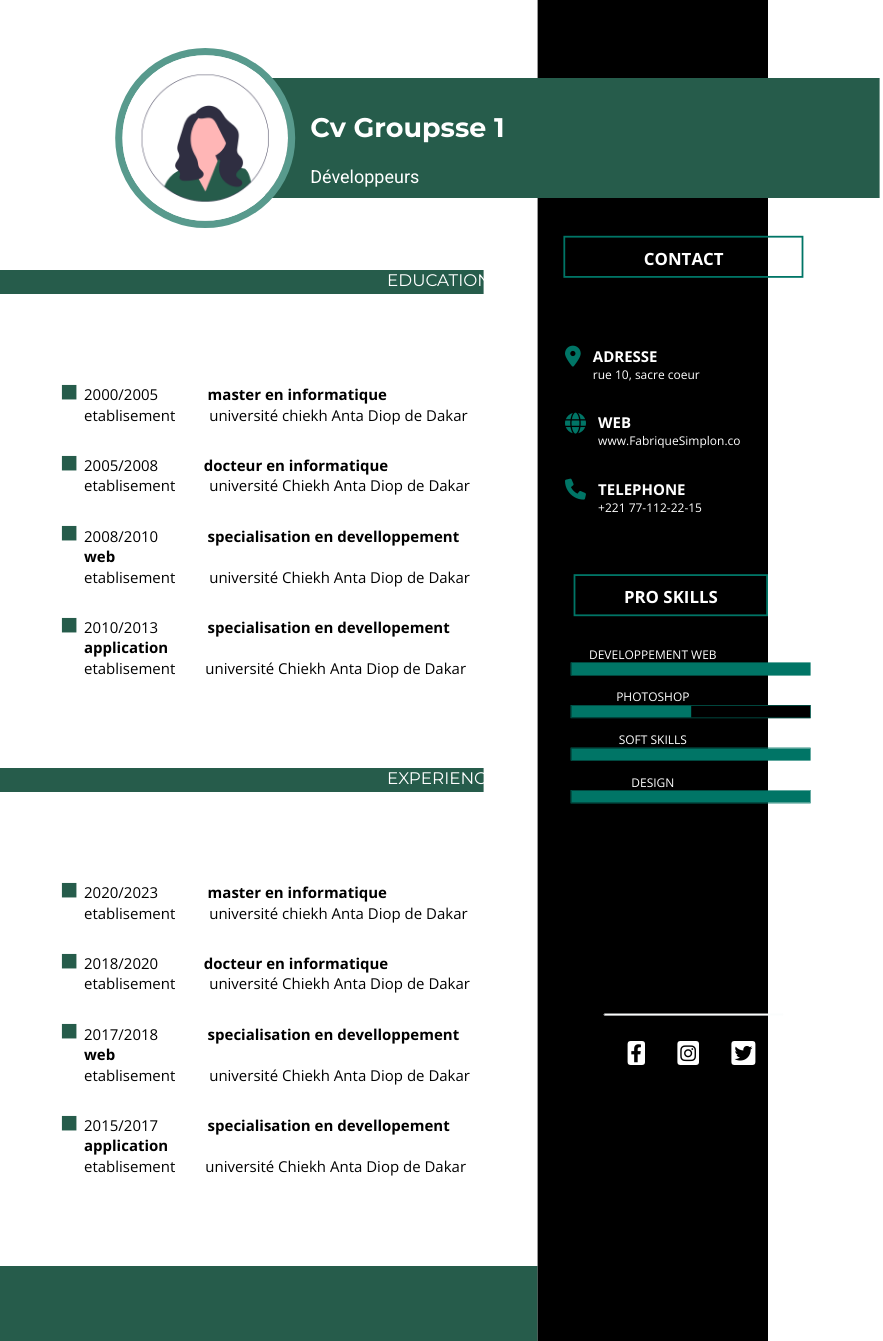
Repository: NdiongueFH/Mon_CV
Page: CV_Groupe1.html
An editor plug-in stored every save of this project. The page is shown before and after the next save, followed by the edit.
The browser window is 1280 px wide. The page is 1472 px wide, so the pictures cover 1472 px, including what lies to the right of the window. The pictures show the whole page, at 60% of full size.

Above is the page before, as saved 2024-08-05 16:28:31.

### CV_Groupe1.html
<!DOCTYPE html>
<html lang="fr">
<head>
    <meta charset="UTF-8">
    <meta name="viewport" content="width=device-width, initial-scale=1.0">
    <!--Intégration de police d'écriture via un lien web-->
    <link href="https://fonts.googleapis.com/css2?family=Montserrat:wght@400;700&family=Open+Sans:wght@400;700&family=Roboto:wght@400;500&display=swap" rel="stylesheet">
    <!--Intégration de notre lien CSS-->
    <!--Intégration de police d'écriture via un lien web-->
    <link href="https://fonts.googleapis.com/css2?family=Montserrat:wght@400;700&family=Open+Sans:wght@400;700&family=Roboto:wght@400;500&display=swap" rel="stylesheet">
    <link rel="stylesheet" href="https://cdnjs.cloudflare.com/ajax/libs/font-awesome/6.0.0-beta3/css/all.min.css">
    <!--Intégration de notre lien CSS-->
    <link rel="stylesheet" href="CV_Groupe1.css">
    <title>MON CV</title>

</head>
<body>
    <!--section principale-->
    <section id="principal">

        <!--Début Partie Ndiawar-->

        <!--la partie profile de notre cv-->
        <section id="profile">
            <!--identité-->
            <div id="identite">
                <!--image-->
                <div class="image">

                    <img id="image_profil" src="./image/profil.png" alt="" sizes="30" srcset="">
                </div>
                <!--fin image-->
                <!--debut nom-->
                <div class="nom">
                    <h2 id="name_cv">Cv Groupsse 1</h2>
                    <span id="function">Développeurs</span>
                </div>
                <!--fin nom-->
            </div>
            <!--fin identité-->
        </section>
        <!--fin de la partie profile-->

        <!--Fin Partie Ndiawar Diop-->


        <!--le debut du corp de notre cv-->
        <section  id="renseignement">
            <!--corp -->
            <div id="corps">
                <!--debut blanc-->
                <div class="blanc">
                    <!--Début Partie Anta Maguette Faye-->
                    <!--education-->
                    <div class="edu_exp">
                        <!--titre education-->
                        <div class="titre_edu_exp">
                            EDUCATION
                        </div>
                        <!--fin titre education-->
                        <!--parti education-->
                        <div class="info_edu">
                            <ul id="carre">
                                <li>
                                    <p>
                                        2000/2005 &nbsp;&nbsp;&nbsp;<span class="espace"> <strong>master en informatique</strong> </span><br>
                                        etablisement <span class="espace"> université chiekh Anta Diop de Dakar  </span><br>
                                    </p>
                                </li>
                                <li>
                                    <p>
                                        2005/2008  &nbsp;&nbsp;&nbsp;<span class="espace"><strong>docteur en informatique </strong> </span><br>
                                        etablisement <span class="espace"> université Chiekh Anta Diop de Dakar</span>
                                    </p>
                                </li>
                                <li>
                                    <p>
                                        2008/2010 &nbsp;&nbsp;&nbsp;<span class="espace"> <strong>specialisation en develloppement web </strong>  </span><br>
                                        etablisement <span class="espace">université Chiekh Anta Diop de Dakar</span>
                                    </p>
                                </li>
                                <li>
                                    <p>
                                        2010/2013 &nbsp;&nbsp;&nbsp;<span class="espace"> <strong>specialisation en devellopement application</strong></span>  <br>
                                        etablisement<span class="espace">université Chiekh Anta Diop de Dakar</span>
                                    </p>

                                </li>
                            </ul>
                        </div>
                        <!--fin parti education-->
                    </div>
                    <!--fin education-->


                    <!--Fin Partie Anta Maguette Faye-->

                    <!--Début Partie Fatoumata Hawa Ndiongue-->

                    <!--experience-->
                    <div class="edu_exp" >
                        <!--titre experience-->
                        <div class="titre_edu_exp">
                            EXPERIENCE
                        </div>
                        <!--fin titre experience-->
                        <!--parti experience-->
                            <div class="info_edu">
                                <ul id="carre">
                                    <li>
                                        <p>
                                            2020/2023 &nbsp;&nbsp;&nbsp;<span class="espace"> <strong>master en informatique</strong> </span><br>
                                            etablisement <span class="espace"> université chiekh Anta Diop de Dakar  </span><br>
                                        </p>
                                    </li>
                                    <li>
                                        <p>
                                            2018/2020  &nbsp;&nbsp;&nbsp;<span class="espace"><strong>docteur en informatique </strong> </span><br>
                                            etablisement <span class="espace"> université Chiekh Anta Diop de Dakar</span>
                                        </p>
                                    </li>
                                    <li>
                                        <p>
                                            2017/2018 &nbsp;&nbsp;&nbsp;<span class="espace"> <strong>specialisation en develloppement web </strong>  </span><br>
                                            etablisement <span class="espace">université Chiekh Anta Diop de Dakar</span>
                                        </p>
                                    </li>
                                    <li>
                                        <p>
                                            2015/2017 &nbsp;&nbsp;&nbsp;<span class="espace"> <strong>specialisation en devellopement application</strong></span>  <br>
                                            etablisement<span class="espace">université Chiekh Anta Diop de Dakar</span>
                                        </p>

                                    </li>
                                </ul>
                            </div>
                        <!--fin parti experience-->
                    </div>
                    <!--fin experience-->

                    <!--Début Footer-->
                    <div id="footer">

                    </div>
                    <!--Fin Footer-->

                    <!--Fin Partie Fatoumata Hawa Ndiongue-->

                </div>
                <!--fin blanc-->

                <!--Début Moustapha Dieng-->


                <!--debut noir-->
                <div class="noir">
                    <!--contact-->
                    <div class="contact">
                        <!--titre contact-->
                        <div class="titre_contact_skill">
                            <h1>CONTACT</h1>
                        </div>
                        <!--fin titre contact-->
                        <!-- donnee contact-->
                        <div class="donnees_contact">
                            <div class="info_contact">
                                <i class="fas fa-map-marker-alt"></i>
                                <div>
                                    <strong>ADRESSE</strong><br>
                                    rue 10, sacre coeur
                                </div>
                            </div>
                            <div class="info_contact">
                                <i class="fas fa-globe"></i>
                                <div>
                                    <strong>WEB</strong><br>
                                    www.FabriqueSimplon.co
                                </div>
                            </div>
                            <div class="info_contact">
                                <i class="fas fa-phone"></i>
                                <div>
                                    <strong>TELEPHONE</strong><br>
                                    +221 77-112-22-15

                                </div>
                            </div>

                        </div>
                        <!--fin donnee contact-->
                    </div>
                    <!--fin contact-->
                    <!--skill-->
                    <div class="skill">
                        <!--titre skill-->
                        <div class="titre_contact_skill2">
                            <h1> PRO SKILLS</h1>
                        </div>
                        <!--fin titre skill-->
                        <!--donné skill-->
                        <div class="donnees_skill">DEVELOPPEMENT WEB</div>
                            <div class="bar-container">
                                <div class="bar"></div>
                            </div>
                        <div class="donnees_skill">PHOTOSHOP</div>
                            <div class="bar-container">
                                <div class="bar1"></div>
                            </div>
                        <div class="donnees_skill">SOFT SKILLS</div>
                            <div class="bar-container">
                                <div class="bar2"></div>
                            </div>
                        <div class="donnees_skill">DESIGN</div>
                            <div class="bar-container">
                                <div class="bar3"></div>
                            </div>
                        <!--fin donné skill-->
                    </div>
                    <!--fin skill-->
                    <!--resaux socio-->
                    <div id="resaux">
                        <div class="rs-container">
                            <div class="rs"></div>
                        </div>
                        <div class="social-icons">
                            <a href="https://www.facebook.com/"><i class="fab fa-facebook-f"></i></a>
                            <a href="https://www.instagram.com/accounts/login/"><i class="fab fa-instagram"></i></a>
                            <a href="https://twitter.com/login"><i class="fab fa-twitter"></i></a>
                        </div>
                    </div>
                    <!--fin resaux socio-->
                </div>
                <!--fin noir-->

                <!--Fin Moustapha Dieng-->


            </div>
            <!--fin corp-->

        </section>
        <!--la fin du corp de notre cv-->
    </section>
    <!--Fin section principale-->

</body>
</html>

### CV_Groupe1.css
/*Le pseudo-élément `:root` en CSS permet de définir des variables globales pour un document,
représentant l'élément `<html>`. Utilisé pour centraliser la gestion des styles comme
les couleurs et les polices, il facilite la maintenance du CSS en rendant
les valeurs facilement réutilisables et modifiables dans toute la feuille de style.*/


:root {
    /* Définition des couleurs de base */
    --teal-1: #265C4B; /* Teal foncé */
    --teal-2: #146551; /* Teal moyen foncé */
    --teal-3: #007566; /* Teal vif */
    --teal-4: #589A8D; /* Teal clair */
    --teal-5: #fff; /* Blanc très clair */
    --Noir-6: #000000; /*Noir*/
    --Blanc-7: #ffffff; /*Blanc*/

    /* Utilisation des couleurs pour différents éléments */

    --color-title: var(--teal-1); /* Couleur pour les titres */
    --color-subtitle: var(--teal-3); /* Couleur pour les sous-titres */
    --color-paragraph: var(--teal-2); /* Couleur pour les paragraphes */
    --color-border: var(--teal-4); /* Couleur pour les bordures */
    --color-backgroundFoncé: var(--teal-1); /*Couleur de fond foncée*/
    --color-background: var(--teal-5); /* Couleur de fond général */
    --color-text: var(--Noir-6); /*Couleur pour le texte de fond*/
    --color-white: var(--Blanc-7); /*Couleur blanche pour les texte de fon d'une balise"*/
}

/*Intégration de nos polices d'écritures générales pour notre texte, titre et les sous-titres*/
:root {
    /* Polices */
    --font-title: 'Montserrat', sans-serif;
    --font-text: 'Open Sans', sans-serif;
    --font-subtitle: 'Roboto', sans-serif;

    /* Taille de police standard et poids */
    --font-size-normal: 16px; /* Taille de police standard pour le texte */
    --font-size-title: 28px; /* Taille de police pour les grands titres */
    --font-size-subtitle: 20px; /* Taille de police pour les sous-titres */
    --font-weight-normal: 400; /* Poids normal de la police */
    --font-weight-bold: 700; /* Poids en gras */
    /*Pour le profil la taile du nom et du sous-titre*/
    --font-size-titleProfil: 45px;
    --font-size-subtitleProfil: 30px;
}

/*Intégration de nos polices d'écritures générales pour notre texte, titre et les sous-titres*/
:root {
    /* Polices */
    --font-title: 'Montserrat', sans-serif;
    --font-text: 'Open Sans', sans-serif;
    --font-subtitle: 'Roboto', sans-serif;

    /* Taille de police standard et poids */
    --font-size-normal: 16px; /* Taille de police standard pour le texte */
    --font-size-title: 28px; /* Taille de police pour les grands titres */
    --font-size-subtitle: 20px; /* Taille de police pour les sous-titres */
    --font-weight-normal: 400; /* Poids normal de la police */
    --font-weight-bold: 700; /* Poids en gras */
    /*Pour le profil la taile du nom et du sous-titre*/
    --font-size-titleProfil: 45px;
    --font-size-subtitleProfil: 30px;
}

/*Initialisation de notre body pour supprimer les marges et choix du type de police pour notre site*/


/*Initialisation de notre body pour supprimer les marges et choix du type de police pour notre site*/
* {
  box-sizing: border-box;
}

body {
    margin: 0;
    padding: 0;
    color: var(--color-text);
    font-family: var(--font-text);
    font-size: var(--font-size-normal);
    font-weight: var(--font-weight-normal);
    overflow-x: hidden;
}


#profile {
    position: relative;
    z-index: 1;
    top: 400px;
    right: -15%;
    }

    #principal {
        margin-top: -320px;
    }


/*Partie Ndiawar Diop*/
    /*Début partie profil de Mon_CV*/

/*Div Identité*/
#identite {
    display: flex;
    align-items: center; /* Pour aligner verticalement les éléments à l'intérieur */
    background: none;
}
/*Image*/
.image {
    border: 12px solid var(--color-border);
    width: 300px;  /* Assurez-vous que le conteneur est carré */
    height: 300px;
    border-radius: 50%;  /* Rend l'image ronde */
    overflow: hidden;  /* Cache les parties de l'image qui débordent */
    z-index: 2; /* Nous Plaçons l'image au-dessus de .nom */
    position: relative; /* Nécessaire pour appliquer z-index */
}

#image_profil {
    width: 100%;
    height: 100%;
    object-fit: cover;  /* Garantit que l'image couvre tout l'espace sans déformation */
}
/*Le nom du profil*/
.nom {
    background-color: var(--color-backgroundFoncé);
    width: 80%;
    height: 200px; /* Aligner la hauteur avec celle de l'image */
    display: flex;
    color: var(--color-white);
    flex-direction: column;
    justify-content: center;
    text-align: left;
    padding: 0 20px 0 75px;
    margin-left: -50px; /* Ajustement pour le chevauchement */
    z-index: 1; /* S'assurer que .nom se superpose à .image */
    position: relative;
}
#name_cv{
    font-family: var(--font-title);
    font-size: var(--font-size-titleProfil);
    font-weight: var(--font-weight-bold);
}
#function {
    font-family: var(--font-subtitle);
    font-size: var(--font-size-subtitleProfil);
    font-weight: var(--font-weight-normal);
}
    /*Fin Partie profil de Mon_Cv*/
/*Fin Partie Ndiawar Diop*/

/*titre de l'ducation education*/
.titre_edu_exp{

    font-size: var(--font-size-title);
    font-family: var(--font-title);
    background-color: var(--color-title);
    width: 90%;
    height: 40px;
    text-indent: 80%;
    color: var(--color-white);
}
/*partie education*/
.info_edu{
font-size: 25px;
font-family: var(--font-text);
color: var(--color-text);
padding: 100px;

}
/*l espace entre les deux bloc d'information*/
.espace{

margin-left: 50px;
/*text-align:initial;*/
}
/*creation de carree avant les ecriture*/
#carre li{

    display: flex;
    position: relative;
}

 #carre li::before{
   content:"■";
   font-size: 50px;
   color: var(--color-title);
   position: absolute;
   margin-left: -40px;
}

/*Footer*/
#footer {
    padding: 40px 0 85px 0;
    background-color: var(--color-backgroundFoncé);
}

/*#principal {
    display: flex;
    background-color: white;
    width: 1600px;
    height: 2400px;
    margin: 0;
}*/
#corps {
    display: flex;
    width: 100%;
}

.blanc {
    width: 70%;
    padding-top: 470px;
    height: auto;
}
.noir {
    padding-top: 300px;
    width: 30%;
    background-color: var(--color-text);
    height: auto;
    color: var(--color-white);
}
.contact {
    display: flex;
    flex-direction: column;
    align-items: center; /* Center horizontally */
    justify-content: center; /* Center vertically (if height is set) */
    width: 80%; /* ou toute autre largeur appropriée */
    margin: 0 auto;
    padding-top: 80px;
    color: var(--color-white);
}

.titre_contact_skill{
    font-size: 24px;
    margin-bottom: 20px;
    text-align: center; /* Center the title text */
    /*border: 4px solid var(--color-backgroundFoncé);*/
    width: 100%; /* Ajuste selon tes besoins */
    padding: 5px;
 }
 .titre_contact_skill2{
    display: flex;
    flex-wrap: wrap;
    font-size: 24px;
    margin-left: 60px;
    padding-top: 50px;
    margin-top: 20px;

 }
 h1{
    border: #007566 solid;
    width: 400px;
    height: 70px;
    text-align: center;
    justify-content: center;
    align-items: center;
    padding-top: 15px;

 }


.donnees_contact {
    display: flex;
    flex-wrap: wrap;
    flex-direction: column;
    gap: 10px;
    padding-top: 20px;
}

.info_contact {
    display: flex;
    flex-wrap: wrap;
    align-items: flex-start;
    font-size: 20px;
    color: #ffffff;
    margin-top: 40px;
}

.info_contact i {
    color: #007566;
    font-size: 35px;
    margin-right: 20px;
}

.info_contact div {
    display: flex;
    flex-direction: column;
}

.info_contact strong {
    font-size: 25px;
}

.info_contact br {
    display: none;
}
.bar-container {
    width: 400px;
    background-color: black;
    border: 1px solid #007566;
    overflow: hidden;
    margin-left: 55px;
 }


 .bar {
    width: 400px;
    height: 20px;
    background-color: #007566;
 }
 .bar1 {
    width: 200px;
    height: 20px;
    background-color: #007566;
 }
 .bar2 {
    width: 410px;
    height: 20px;
    background-color: #007566;
 }
 .bar3 {
    width: 460px;
    height: 20px;
    background-color: #007566;
 }


 .donnees_skill{
    justify-content: center;
    align-items: center;
    text-align: center;
    font-size: 20px;
    margin-top: 12px;
    padding-top: 10px;
 }

 .rs-container {
    width: 300px;
    background-color: black;
    border: 1px solid #fcfdfd;
    border-radius: 5px;
    overflow: hidden;
    margin-left: 110px;
 }
 .rs {
    width: 100%;
    height: 2px;
    background-color: #fbfdfd;
 }
 #resaux{
    margin: 350px 0 30px 0;
    /* align-content: center; */
    display: block;
    justify-content: center;
 }
 .social-icons {
 margin-top: 12px;
 padding-left: 100px;
 padding-top: 30px;
 }

 .social-icons i {
    justify-content: center;
    font-size: 30px;
    border-radius: 5px;
    padding: 5px;
    color: #000000;
    background-color: #ffffff;
    margin-left: 50px;
 }
 .social-icons i:hover {
    background-color: var(--color-backgroundFoncé);
    color: var(--color-white);
 }

After the next save:
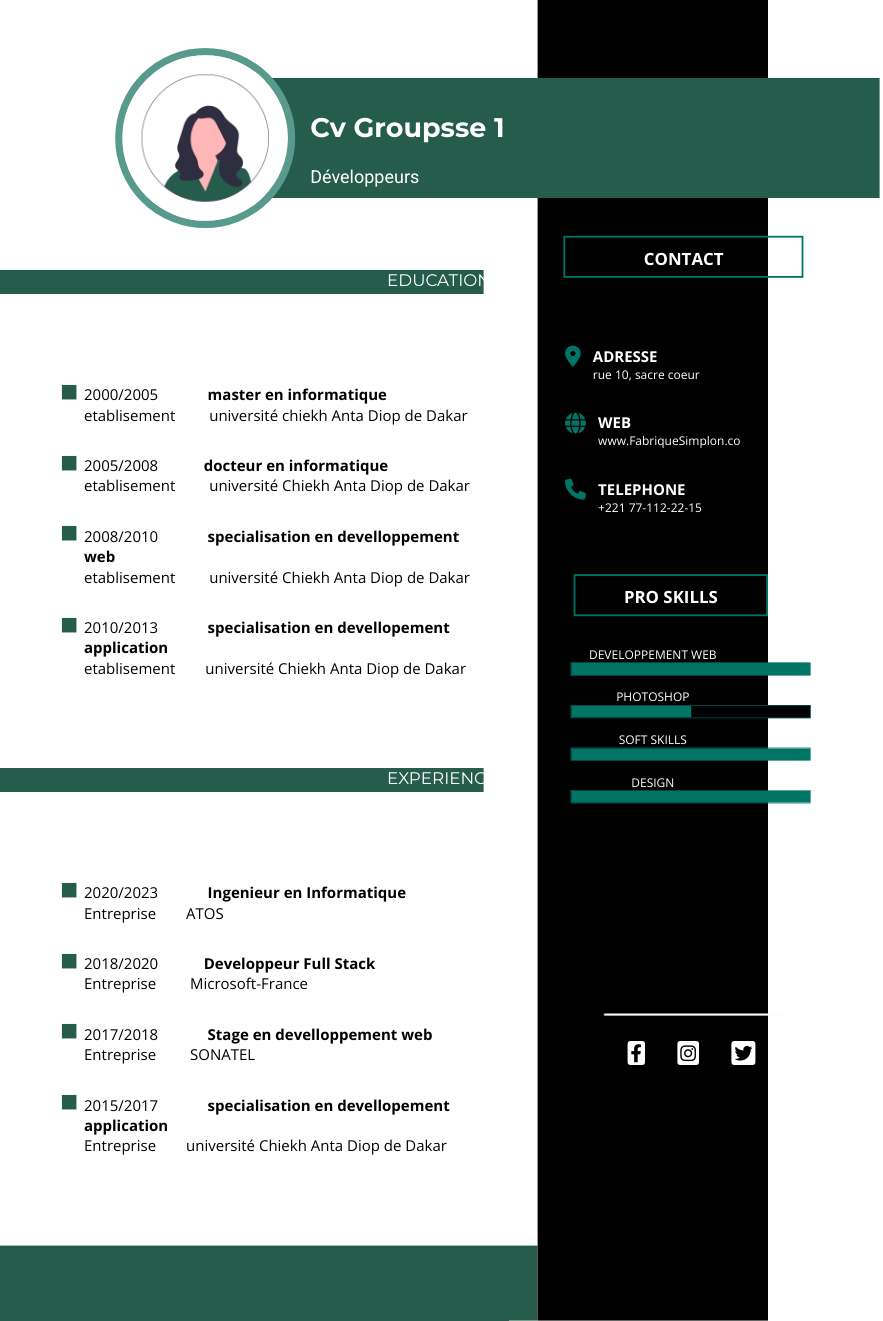
Saved 5 min 24 s later.
--- a/CV_Groupe1.html
+++ b/CV_Groupe1.html
@@ -109,26 +109,26 @@
                                 <ul id="carre">
                                     <li>
                                         <p>
-                                            2020/2023 &nbsp;&nbsp;&nbsp;<span class="espace"> <strong>master en informatique</strong> </span><br>
-                                            etablisement <span class="espace"> université chiekh Anta Diop de Dakar  </span><br>
-                                        </p>
-                                    </li>
-                                    <li>
-                                        <p>
-                                            2018/2020  &nbsp;&nbsp;&nbsp;<span class="espace"><strong>docteur en informatique </strong> </span><br>
-                                            etablisement <span class="espace"> université Chiekh Anta Diop de Dakar</span>
-                                        </p>
-                                    </li>
-                                    <li>
-                                        <p>
-                                            2017/2018 &nbsp;&nbsp;&nbsp;<span class="espace"> <strong>specialisation en develloppement web </strong>  </span><br>
-                                            etablisement <span class="espace">université Chiekh Anta Diop de Dakar</span>
+                                            2020/2023 &nbsp;&nbsp;&nbsp;<span class="espace"> <strong>Ingenieur en Informatique</strong> </span><br>
+                                            Entreprise<span class="espace">ATOS</span><br>
+                                        </p>
+                                    </li>
+                                    <li>
+                                        <p>
+                                            2018/2020  &nbsp;&nbsp;&nbsp;<span class="espace"><strong>Developpeur Full Stack</strong> </span><br>
+                                            Entreprise <span class="espace">Microsoft-France</span>
+                                        </p>
+                                    </li>
+                                    <li>
+                                        <p>
+                                            2017/2018 &nbsp;&nbsp;&nbsp;<span class="espace"> <strong>Stage en develloppement web</strong>  </span><br>
+                                            Entreprise <span class="espace">SONATEL</span>
                                         </p>
                                     </li>
                                     <li>
                                         <p>
                                             2015/2017 &nbsp;&nbsp;&nbsp;<span class="espace"> <strong>specialisation en devellopement application</strong></span>  <br>
-                                            etablisement<span class="espace">université Chiekh Anta Diop de Dakar</span>
+                                            Entreprise<span class="espace">université Chiekh Anta Diop de Dakar</span>
                                         </p>
 
                                     </li>
